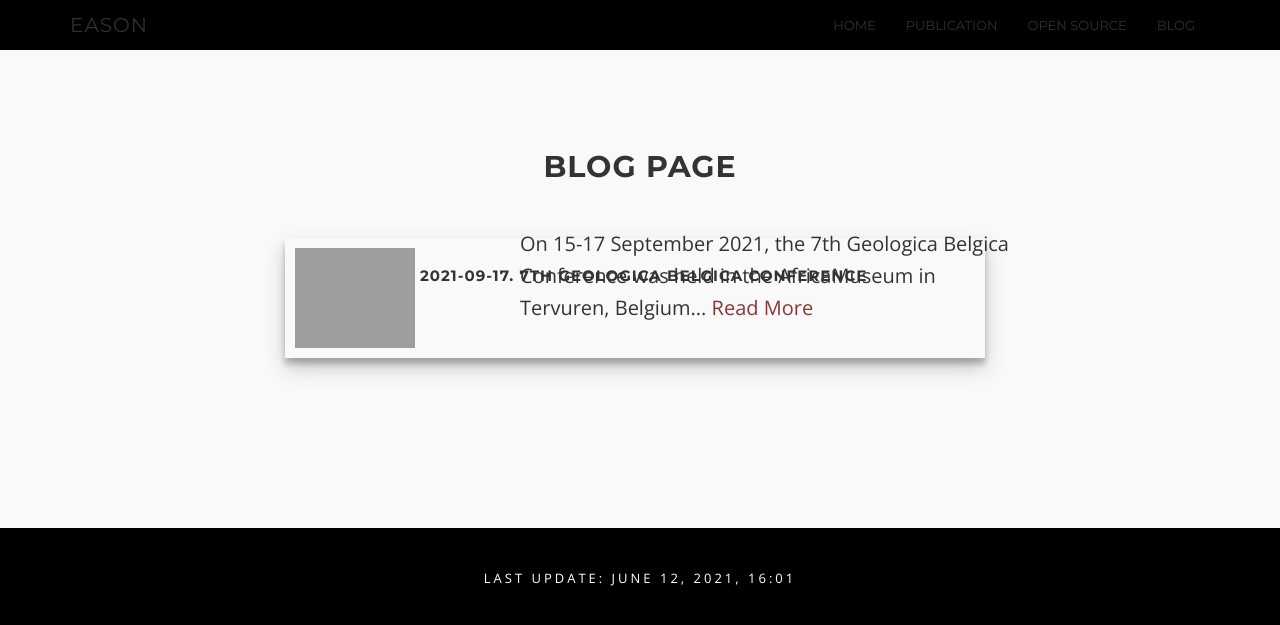
Repository: eazzzon/eazzzon.github.io
Page: blog.html
These files come from the project's save history. The page is drawn as it stood at one moment and after the next save; the edit follows.
The browser window is 1280 px wide. The pictures show the whole page.
Pictures or frames that could not be fetched are drawn as grey boxes.

Above is the page before, as saved 2021-09-18 13:19:28.

After the next save:
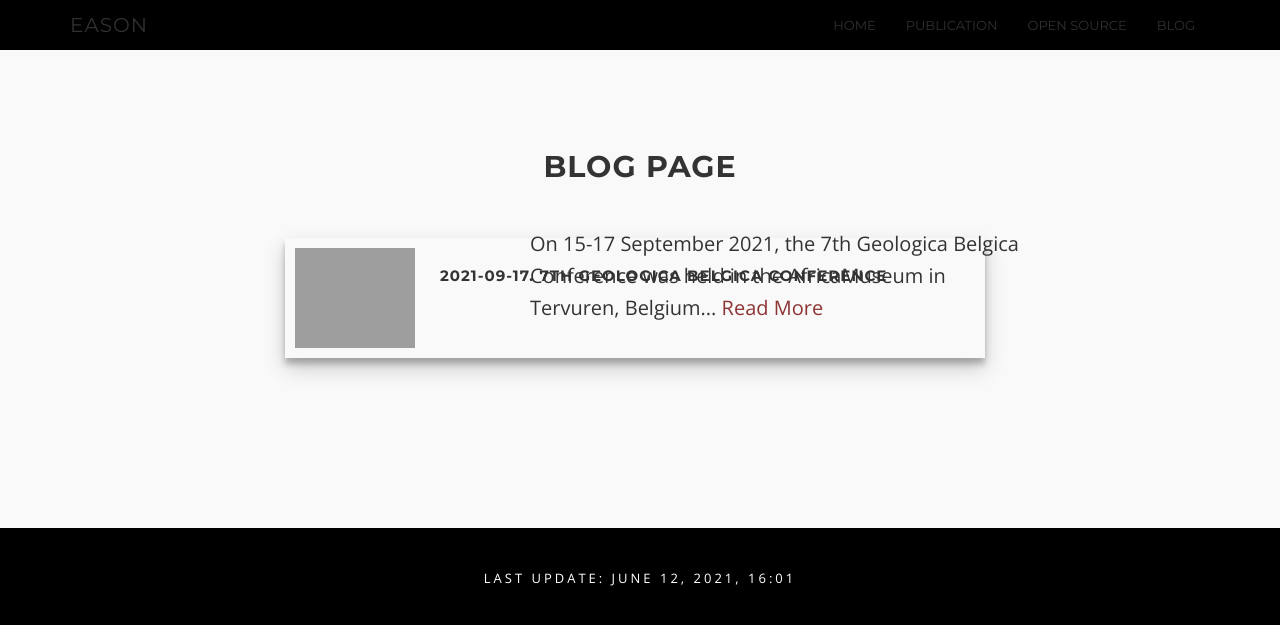
Saved 5 s later.
--- a/css/theme.css
+++ b/css/theme.css
@@ -440,7 +440,7 @@ section {
 	font-size: 15px;
 	padding: 50px;
 	top: 0px;
-	left: 60px;
+	left: 70px;
   }
 
   .p {
